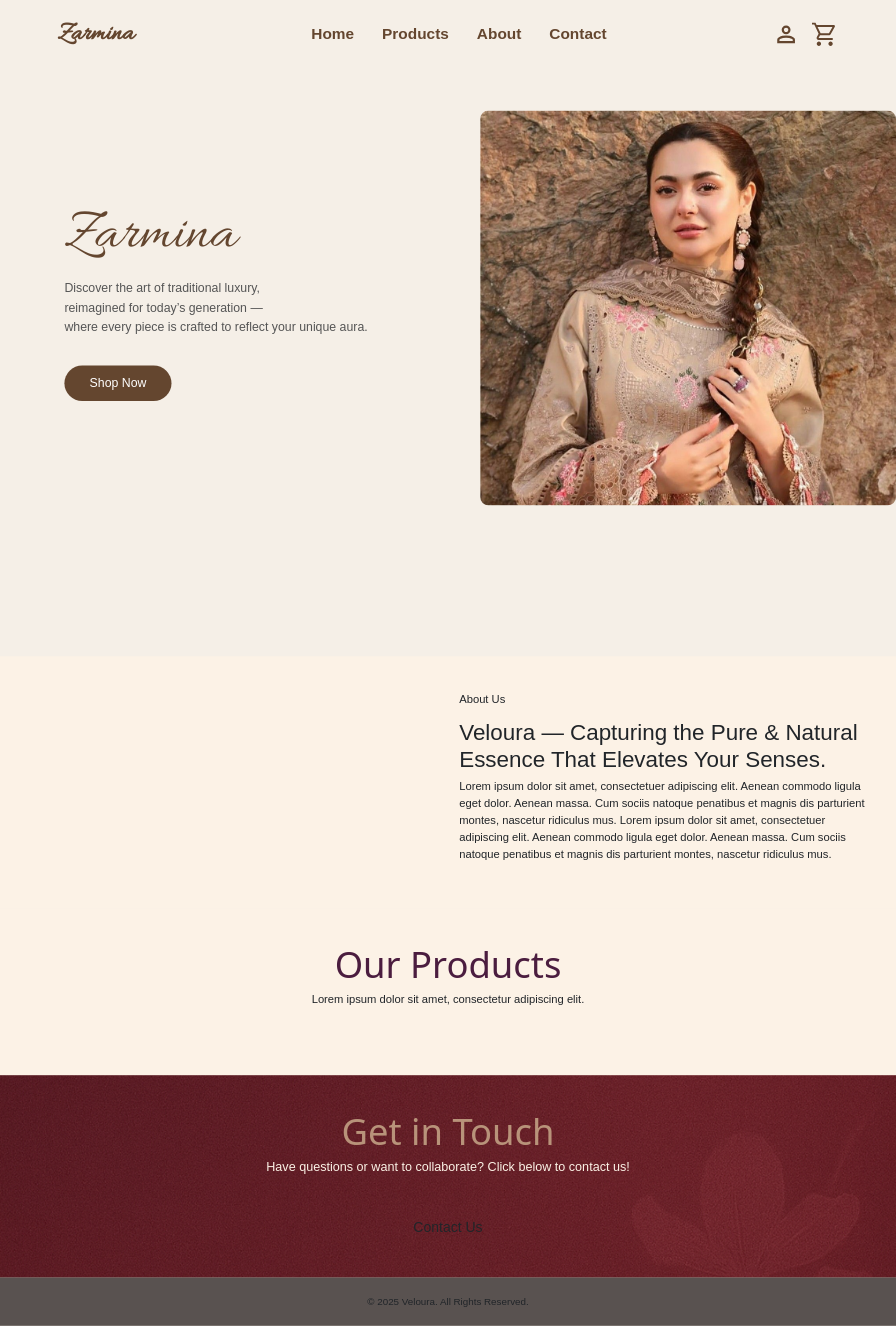
Repository: ayeshatehreem77/Clothing-store
Page: / (app in perfumes-app/)
An editor plug-in stored every save of this project. The page is shown before and after the next save, followed by the edit.
The browser window is 1280 px wide. The pictures show the whole page, at 70% of full size.
Pictures or frames that could not be fetched are drawn as grey boxes. The page's requests for data from a server got no answer. Some web fonts or font styles are not loaded; a fallback is used. The project was rebuilt for these pictures with package versions that can differ from the ones it lists, and the page was loaded fresh each time. No one was signed in, and anything a server would have sent is missing. Also part of the build but not shown: perfumes-app/src/components/Alert.js.

Above is the page before, as saved 2025-10-29 21:20:27.

After the next save:
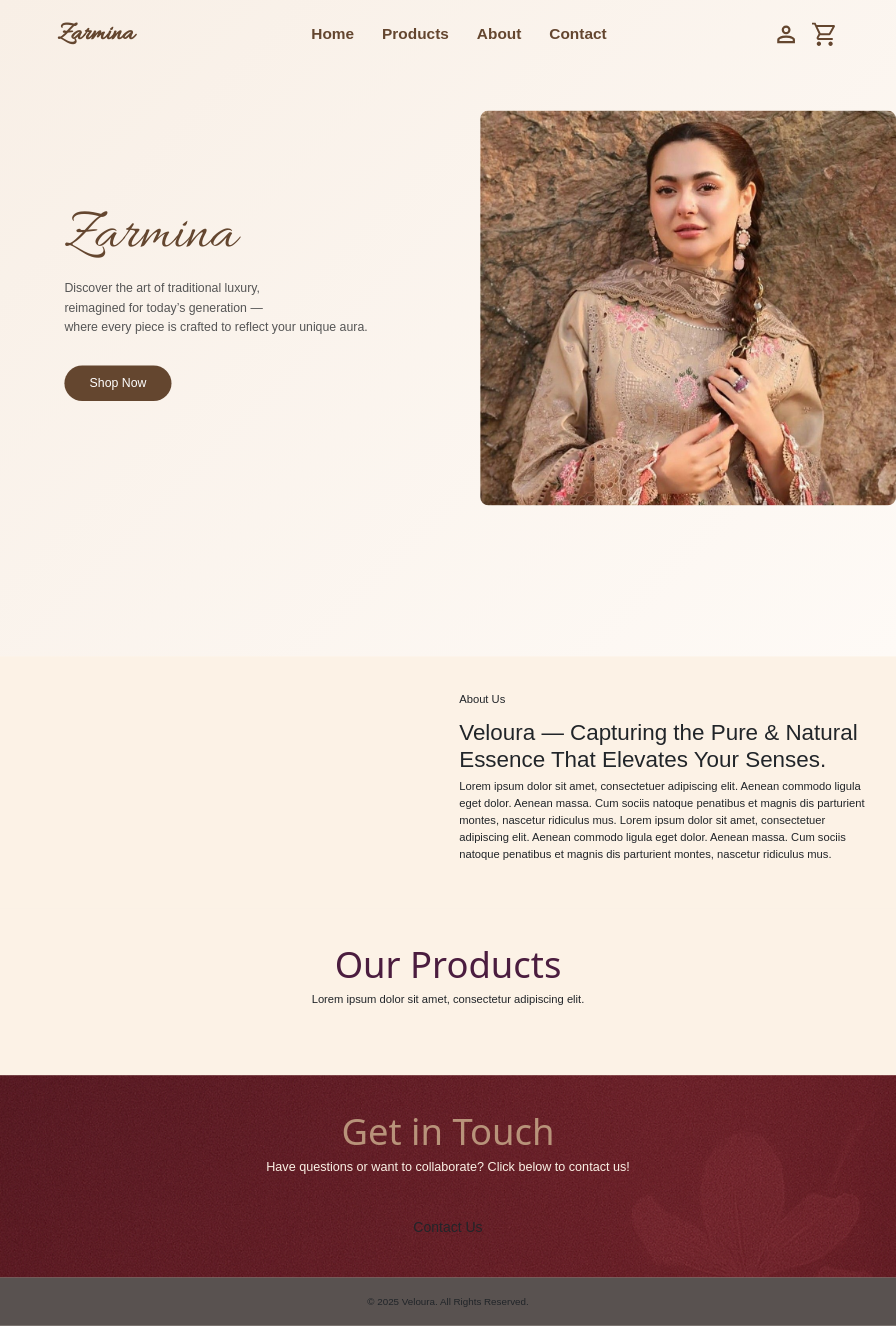
Saved 94 s later.
--- a/perfumes-app/src/App.css
+++ b/perfumes-app/src/App.css
@@ -37,7 +37,8 @@ button.navbar-toggler {
 }
 
 .hero-section {
-  background-color: #f5efe7;
+  background: linear-gradient(135deg, #f8efe6, #fefaf6);
+
   min-height: 100vh;
   display: flex;
   flex-direction: column;
